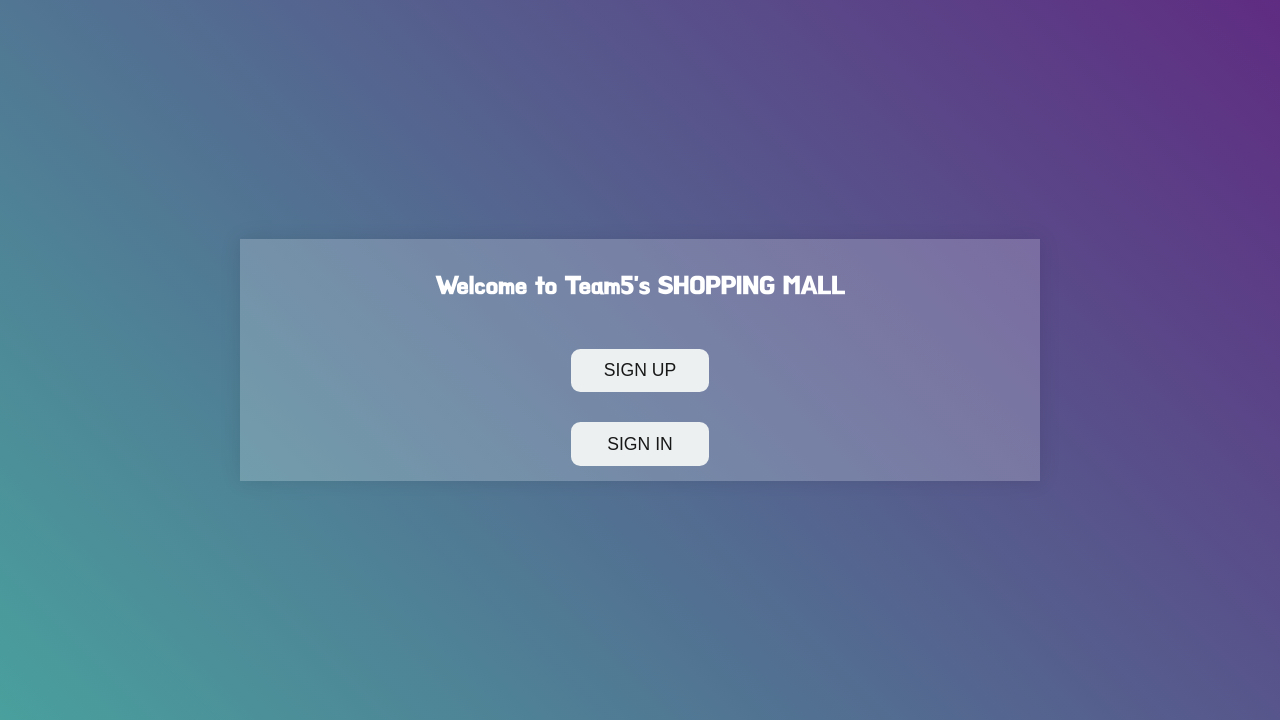
Repository: MIR013/KNU_DB_Project_Team5
Page: dbphase/Databaase/WebContent/main.html
The author's editor kept a copy of each file at every save. The page is drawn from the files as they stood at one save, then again after the next save.
The browser window is 1280 px wide. The pictures show the whole page.

Above is the page before, as saved 2018-11-22 07:19:35.

### dbphase/Databaase/WebContent/main.html
<!DOCTYPE html>
<html>
<head>
<meta charset="UTF-8">
<link rel='stylesheet' type='text/css' href='mystyle.css'>
<title>Team 5's Shoppping Mall</title>
</head>
<body>

	<form>
	<div class="container">
		<table>
			<tr>
				<th><h2> Welcome to Team5's SHOPPING MALL </h2></th>
			</tr>
			<tr>
				<td><input type="button" value="SIGN UP" onclick="location.href='Sign_up.html'"/> </td>
			</tr>
			<tr>
				<td><input type="button" value="SIGN IN" onclick="location.href='Sign_in.html'"/> </td>
			</tr>

		</table>
	</div>
	</form>

</body>
</html>

### dbphase/Databaase/WebContent/mystyle.css


@font-face{
	font-family:"hanna";
	src:url("hanna.ttf")format("truetype");
}




input, button {
    width: 18%;
    text-align: center;
    font-size: 1.1em;
    padding: 1ex;
    border: 2px solid #ECF0F1;
    transition: border ease 500ms;
    border-radius: 1ex;
    background: #ECF0F1;
    color: #181818;

    &:focus {
      outline: none;
      border: 2px solid #3498DB;
    }

    &:not(:last-child) {
      margin-bottom: 1ex;
    }
  }
button {
   color: white;
   border: 2px solid #3498DB;
   background: #3498DB;
}

html,
body {
	height: 100%;
}


body {
	margin: 0;
	background: linear-gradient(45deg, #49a09d, #5f2c82);
	font-family: hanna;
	font-weight: 100;
}

.container {
	position: absolute;
	top: 50%;
	left: 50%;
	transform: translate(-50%, -50%);
}

table {
	width: 800px;
	border-collapse: collapse;
	overflow: hidden;
	box-shadow: 0 0 20px rgba(0,0,0,0.1);
}

th,
td {
	white-space:nowrap;
	text-align: center;
	padding: 15px;
	background-color: rgba(255,255,255,0.2);
	color: #fff;
	margin-left: auto; margin-right: auto;
}

th {
	text-align: center;
}

thead {
	th {
		background-color: #55608f;
	}
}

tbody {
	tr {
		&:hover {
			background-color: rgba(255,255,255,0.3);
		}
	}
	td {
		position: relative;
		&:hover {
			&:before {
				content: "";
				position: absolute;
				left: 0;
				right: 0;
				top: -9999px;
				bottom: -9999px;
				background-color: rgba(255,255,255,0.2);
				z-index: -1;
			}
		}
	}
}

After the next save:
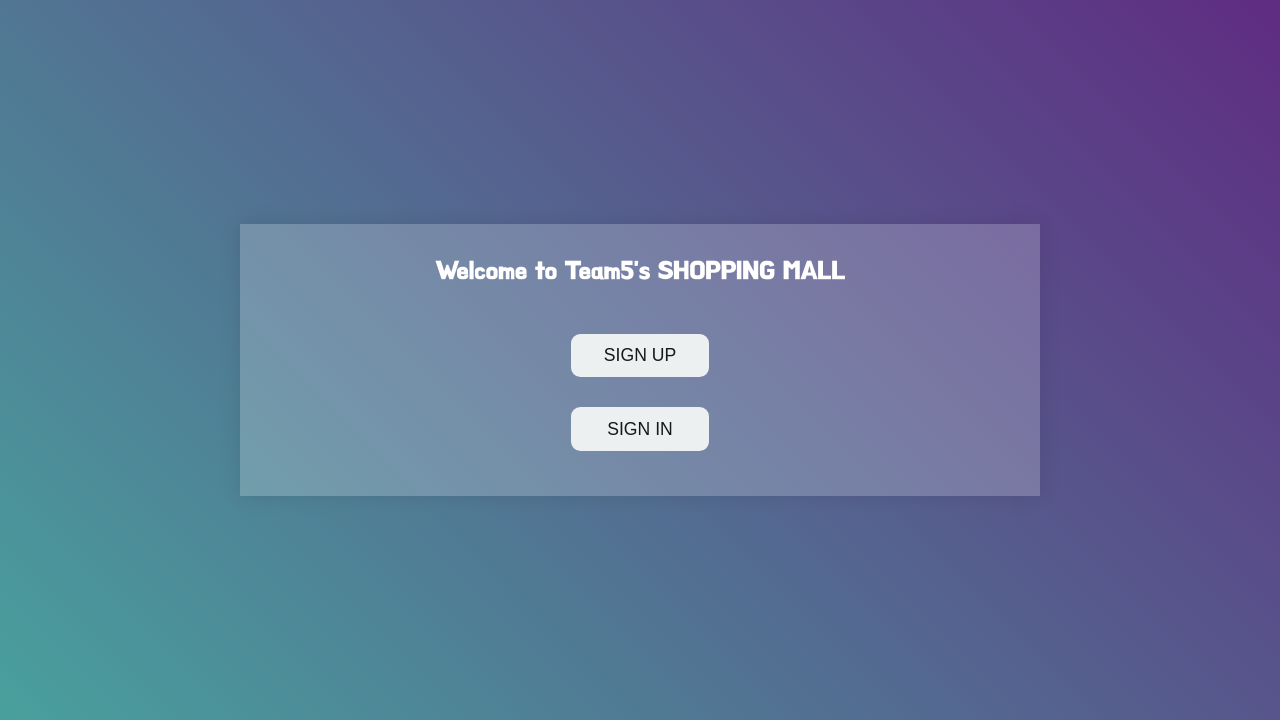
Saved 49 s later.
--- a/dbphase/Databaase/WebContent/main.html
+++ b/dbphase/Databaase/WebContent/main.html
@@ -19,6 +19,7 @@
 			<tr>
 				<td><input type="button" value="SIGN IN" onclick="location.href='Sign_in.html'"/> </td>
 			</tr>
+			<tr><td></td></tr>
 
 		</table>
 	</div>
